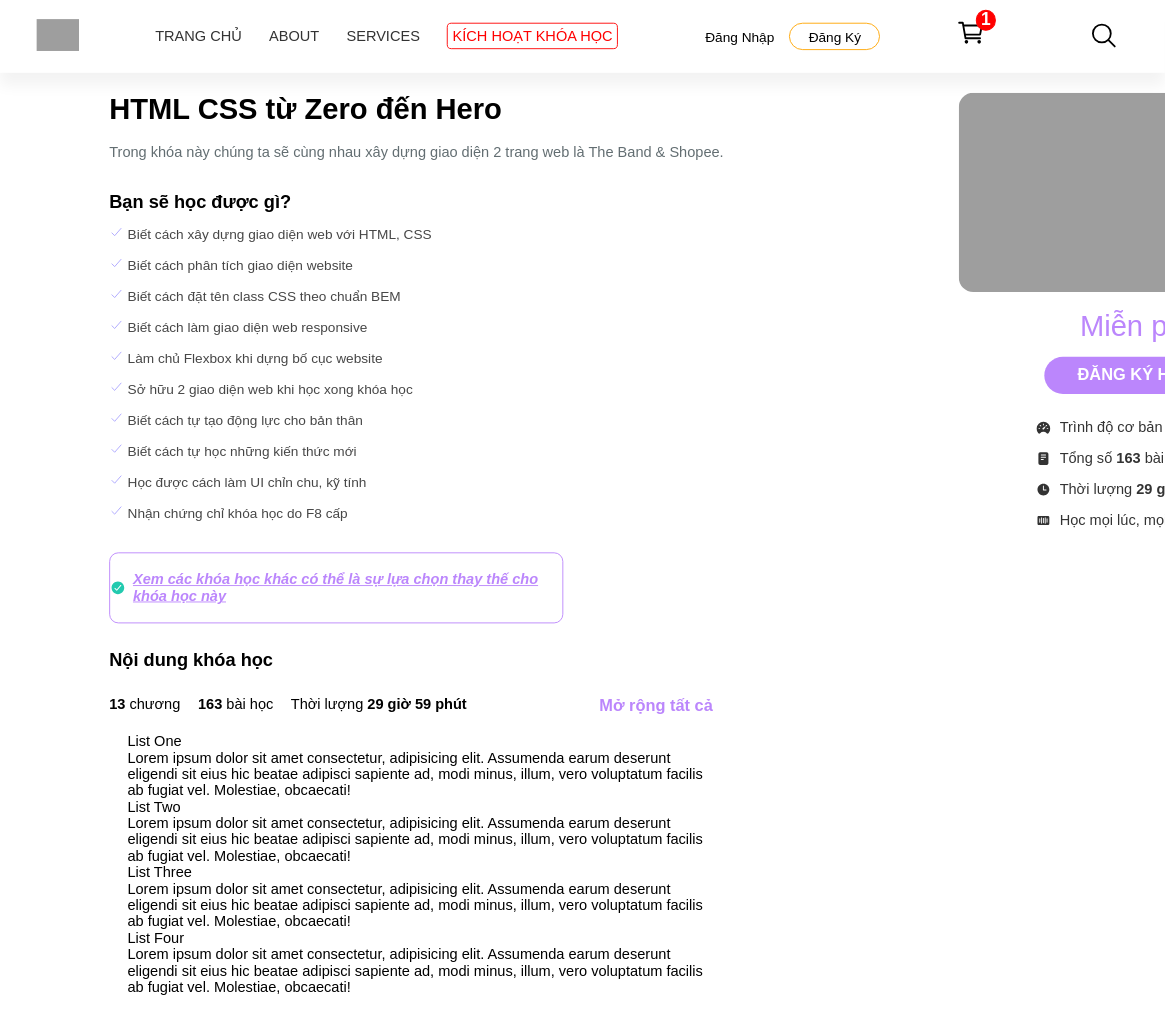
Repository: hoanghuuphuc/hoanghuuphuc
Page: details.html
These files come from the project's save history. The page is drawn as it stood at one moment and after the next save; the edit follows.
The browser window is 1280 px wide. The pictures show the whole page, at 91% of full size.
Pictures or frames that could not be fetched are drawn as grey boxes.

Above is the page before, as saved 2022-12-12 00:16:15.
Console error: TypeError: Cannot read properties of null (reading 'addEventListener')

### details.html
<!DOCTYPE html>
<html lang="en">
  <head>
    <meta charset="UTF-8" />
    <meta http-equiv="X-UA-Compatible" content="IE=edge" />
    <meta name="viewport" content="width=device-width, initial-scale=1.0" />
    <title>Product-Details</title>
    <link rel="stylesheet" href="./style.css" />
    <link rel="stylesheet" href="./rps_mobile.css" />
    <link rel="preconnect" href="https://fonts.gstatic.com" />
  </head>
  <body>
    <header>
      <div class="logo">
        <a href="">
          <img id="img" src="./Img/logene.jfif" alt="" />
        </a>
      </div>
      <div class="group">
        <ul class="navigation">
          <li><a href="">Trang Chủ</a></li>
          <li><a href="">About</a></li>
          <li><a href="">Services</a></li>
          <li><a id="active" href="">Kích Hoạt Khóa Học</a></li>
        </ul>
      </div>
      <div class="User">
        <div class="but">
          <button>Đăng Nhập</button>
          <button>Đăng Ký</button>
        </div>
      </div>
      <div class="icons">
        <ion-icon name="cart-outline"></ion-icon>
        <span>1</span>
      </div>
      <div class="search">
        <span class="icon">
          <ion-icon name="search-outline" class="searchBtn"></ion-icon>
          <ion-icon name="close-outline" class="closeBtn"></ion-icon>
        </span>
      </div>
      <ion-icon name="menu-outline" class="menuToggle"></ion-icon>
      <div class="searchBox">
        <input type="text" placeholder="Search here . . ." />
      </div>
    </header>
    <div class="details-section">
      <div class="details-left">
        <div class="details-left-name">
          <h1>HTML CSS từ Zero đến Hero</h1>
          <span
            >Trong khóa này chúng ta sẽ cùng nhau xây dựng giao diện 2 trang web
            là The Band & Shopee.</span
          >
        </div>
        <span class="bonus">Bạn sẽ học được gì?</span>
        <div class="details-left-content">
          <ul>
            <li>
              <ion-icon name="checkmark-outline"></ion-icon>
              Biết cách xây dựng giao diện web với HTML, CSS
            </li>
            <li>
              <ion-icon name="checkmark-outline"></ion-icon>
              Biết cách phân tích giao diện website
            </li>
            <li>
              <ion-icon name="checkmark-outline"></ion-icon>
              Biết cách đặt tên class CSS theo chuẩn BEM
            </li>
            <li>
              <ion-icon name="checkmark-outline"></ion-icon>
              Biết cách làm giao diện web responsive
            </li>
            <li>
              <ion-icon name="checkmark-outline"></ion-icon>
              Làm chủ Flexbox khi dựng bố cục website
            </li>
          </ul>
          <ul>
            <li>
              <ion-icon name="checkmark-outline"></ion-icon>
              Sở hữu 2 giao diện web khi học xong khóa học
            </li>
            <li>
              <ion-icon name="checkmark-outline"></ion-icon>
              Biết cách tự tạo động lực cho bản thân
            </li>
            <li>
              <ion-icon name="checkmark-outline"></ion-icon>
              Biết cách tự học những kiến thức mới
            </li>
            <li>
              <ion-icon name="checkmark-outline"></ion-icon>
              Học được cách làm UI chỉn chu, kỹ tính
            </li>
            <li>
              <ion-icon name="checkmark-outline"></ion-icon>
              Nhận chứng chỉ khóa học do F8 cấp
            </li>
          </ul>
        </div>
        <div class="details-left-tag">
          <ion-icon name="checkmark-circle"></ion-icon>
          <a href="#">
            Xem các khóa học khác có thể là sự lựa chọn thay thế cho khóa học
            này
          </a>
        </div>
        <span class="cont">Nội dung khóa học</span>
        <div class="details-left-content-2">
          <div class="details-left-content-header1">
            <span class="sp"><strong>13</strong> chương</span>
            <span class="sp"><strong>163</strong> bài học</span>
            <span class="sp">Thời lượng <strong>29 giờ 59 phút</strong></span>
          </div>
          <div class="details-left-content-header2">
            <span>Mở rộng tất cả</span>
          </div>
        </div>
        <div class="accordion">
          <div class="contentBx">
            <div class="accordion-label">List One</div>
            <div class="accordion-content">
              <p>
                Lorem ipsum dolor sit amet consectetur, adipisicing elit.
                Assumenda earum deserunt eligendi sit eius hic beatae adipisci
                sapiente ad, modi minus, illum, vero voluptatum facilis ab
                fugiat vel. Molestiae, obcaecati!
              </p>
            </div>
          </div>
          <div class="contentBx">
            <div class="accordion-label">List Two</div>
            <div class="accordion-content">
              <p>
                Lorem ipsum dolor sit amet consectetur, adipisicing elit.
                Assumenda earum deserunt eligendi sit eius hic beatae adipisci
                sapiente ad, modi minus, illum, vero voluptatum facilis ab
                fugiat vel. Molestiae, obcaecati!
              </p>
            </div>
          </div>
          <div class="contentBx">
            <div class="accordion-label">List Three</div>
            <div class="accordion-content">
              <p>
                Lorem ipsum dolor sit amet consectetur, adipisicing elit.
                Assumenda earum deserunt eligendi sit eius hic beatae adipisci
                sapiente ad, modi minus, illum, vero voluptatum facilis ab
                fugiat vel. Molestiae, obcaecati!
              </p>
            </div>
          </div>
          <div class="contentBx">
            <div class="accordion-label">List Four</div>
            <div class="accordion-content">
              <p>
                Lorem ipsum dolor sit amet consectetur, adipisicing elit.
                Assumenda earum deserunt eligendi sit eius hic beatae adipisci
                sapiente ad, modi minus, illum, vero voluptatum facilis ab
                fugiat vel. Molestiae, obcaecati!
              </p>
            </div>
          </div>
        </div>
      </div>
      <div class="details-right">
        <div class="details-right-video">
          <iframe
            width="389"
            height="219"
            src="https://www.youtube.com/embed/YTDHcEJs684"
            title="YouTube video player"
            frameborder="0"
            allow="accelerometer; autoplay; clipboard-write; encrypted-media; gyroscope; picture-in-picture"
            allowfullscreen></iframe>
        </div>
        <div class="details-right-content1">
          <span>Miễn phí</span>
          <button>ĐĂNG KÝ HỌC</button>
        </div>
        <div class="details-right-content2">
          <ul>
            <li>
              <ion-icon name="speedometer"></ion-icon
              ><span>Trình độ cơ bản</span>
            </li>
            <li>
              <ion-icon name="reader"></ion-icon>
              <span>Tổng số <strong>163</strong> bài học</span>
            </li>
            <li>
              <ion-icon name="time"></ion-icon>
              <span>Thời lượng <strong>29 giờ 59 phút</strong> </span>
            </li>
            <li>
              <ion-icon name="barcode"></ion-icon
              ><span> Học mọi lúc, mọi nơi </span>
            </li>
          </ul>
        </div>
      </div>
    </div>

    <script src="./app.js"></script>
    <script
      type="module"
      src="https://unpkg.com/ionicons@5.5.2/dist/ionicons/ionicons.esm.js"></script>
    <script
      nomodule
      src="https://unpkg.com/ionicons@5.5.2/dist/ionicons/ionicons.js"></script>
  </body>
</html>

### style.css
* {
  margin: 0;
  padding: 0;
  box-sizing: border-box;
  font-family: "Poppins", sans-serif;
}
body {
  min-height: 100vh;
  overflow-x: hidden;
}
header {
  position: absolute;
  position: fixed;
  z-index: 100;
  top: 0;
  left: 0;
  width: 100%;
  height: 80px;
  background: #fff;
  padding: 20px 40px;
  display: flex;
  justify-content: space-between;
  align-items: center;
  box-shadow: 0px 15px 15px rgba(0, 0, 0, 0.05);
}
.logo img {
  height: 35px;
}
.group {
  display: flex;
  align-items: center;
}
header ul {
  position: relative;
  display: flex;
  gap: 30px;
}
header ul li {
  list-style: none;
}
header ul li a {
  position: relative;
  text-decoration: none;
  font-size: 1em;
  color: #333;
  text-transform: uppercase;
}
header ul li #active {
  border: 1px solid red;
  padding: 5px;
  color: red;
  border-radius: 5px;
}
header ul li a::before {
  content: "";
  position: absolute;
  bottom: -2px;
  width: 100%;
  height: 2px;
  background: #333;
  transform: scaleX(0);
  transition: transform 0.5s ease-in-out;
  transform-origin: right;
}
header ul li a:hover {
  opacity: 0.5;
}
header .User {
  display: flex;
  align-items: center;
}
header .User .but button:nth-child(1) {
  color: #000;
  font-size: 15px;
  height: 30px;
  width: 100px;
  outline: none;
  border: none;
  background: #fff;
}
header .User .but button:nth-child(2) {
  color: #000;
  font-size: 15px;
  height: 30px;
  width: 100px;
  border: 1px solid orange;
  background: #fff;
  border-radius: 15px;
}
header .User .but button:hover {
  opacity: 0.5;
}
header .icons {
  font-size: 2em;
  position: relative;
}
header .icons span {
  position: absolute;
  top: 0%;
  right: 0%;
  line-height: 5%;
  margin-bottom: 50px;
  font-size: 60%;
  color: #fff;
  border: 1px solid red;
  background: red;
  padding: 10px 5px 10px 5px;
  text-align: center;
  font-family: Arial, Helvetica, sans-serif;
  transform: translateX(50%) translateY(-40%);
  border-radius: 100%;
  font-weight: bold;
}
header .search {
  position: relative;
  display: flex;
  justify-content: center;
  align-items: center;
  font-size: 2em;
  z-index: 10;
  cursor: pointer;
}
.searchBox {
  position: absolute;
  right: -100%;
  width: 100%;
  height: 100%;
  display: flex;
  background: #fff;
  align-items: center;
  padding: 0 30px;
  transition: 0.5s ease-in-out;
}
.searchBox.active {
  right: 0;
}
.searchBox input {
  width: 100%;
  border: none;
  outline: none;
  height: 50px;
  color: #333;
  font-size: 1.25em;
  background: #fff;
  border-bottom: 1px solid rgba(0, 0, 0, 0.5);
}
.searchBtn {
  position: relative;
  left: 30px;
  top: 2.5px;
  transition: 0.5s ease-in-out;
}
.searchBtn.active {
  left: 0;
}
.closeBtn {
  opacity: 0;
  visibility: hidden;
  transition: 0.5s;
  scale: 0;
}
.closeBtn.active {
  opacity: 1;
  visibility: visible;
  transition: 0.5s;
  scale: 1;
}
.menuToggle {
  position: relative;
  display: none;
  left: 0;
}
.banner img {
  background-repeat: no-repeat;
  background-size: cover;
  margin-top: 4%;
}
.content {
  display: flex;
  flex-direction: row;
  margin-top: 50px;
  user-select: none;
  justify-content: center;
}
.content .content-1 {
  background-color: black;
  height: 2px;
  width: 200px;
}
.content .content-2 {
  font-size: 30px;
  font-family: "Segoe UI", Tahoma, Geneva, Verdana, sans-serif;
  font-weight: 600;
  padding: 10px;
  margin-top: -32px;
}
.content .content-3 {
  background-color: black;
  height: 2px;
  width: 200px;
}
.boxs {
  display: flex;
  justify-content: center;
  flex-wrap: wrap;
}
.box {
  margin-top: 10px;
  padding: 20px;
  margin: 10px;
  background: #f0f0f0;
  border-radius: 15px;
}
.box-image img {
  height: 250px;
  border-radius: 5%;
}
.box-content .box-name {
  display: flex;
  justify-content: center;
  align-items: center;
  padding: 10px;
}
.box-content .box-name span {
  font-weight: 700;
  margin-right: 5px;
  font-size: 20px;
  font-family: "Segoe UI", Tahoma, Geneva, Verdana, sans-serif;
  overflow: hidden;
  text-overflow: ellipsis;
  white-space: nowrap;
  width: 200px;
  text-align: center;
}
.box-content .box-price {
  display: flex;
  flex-direction: column;
  justify-content: center;
  padding: 5px 10px 10px 10px;
}
.box-content .box-price .price {
  padding: 0px 10px 10px 10px;
}
.price {
  overflow: hidden;
  text-overflow: ellipsis;
  white-space: nowrap;
  width: 210px;
}
.box-content .box-price .price span {
  font-size: 18px;
  font-weight: 500;
}
.box-content .box-price .price a {
  font-weight: 600;
}
.sale {
  overflow: hidden;
  text-overflow: ellipsis;
  white-space: nowrap;
  width: 210px;
}
.box-content .box-price .sale {
  padding: 0px 10px 0px 10px;
}
.box-content .box-price .sale span {
  font-size: 18px;
}
.box-content .box-price .sale a {
  font-size: 18px;
  color: red;
  font-weight: bold;
  text-decoration: none;
}
.box-btn {
  display: flex;
  justify-content: space-between;
  align-items: center;
  border-top: 1px solid #c0c0c0;
}
.box-btn button {
  padding: 5px 20px;
  font-size: 16px;
  font-weight: 500;
  font-family: "Lucida Sans", "Lucida Sans Regular", "Lucida Grande",
    "Lucida Sans Unicode", Geneva, Verdana, sans-serif;
  color: orangered;
  border: 1px solid orangered;
  border-radius: 5px;
  margin-top: 15px;
}
.box-btn button:hover {
  opacity: 0.5;
}
.box-btn ion-icon {
  font-size: 25px;
  font-weight: 500;
  color: orangered;
  margin-top: 15px;
  font-weight: 300;
}
.box-btn ion-icon:hover {
  opacity: 0.5;
}
.title {
  padding: 20px 0px 20px 150px;
}
.title span {
  font-size: 18px;
}
.tabs {
  display: flex;
  justify-content: flex-start;
  padding: 10px 150px 0px 150px;
  flex-wrap: wrap;
}
.tabs .tab-item {
  margin: 0px 0px 0px 5px;
}
.tabs .line {
  position: absolute;
  left: 0;
  bottom: 0;
  width: 0;
  height: 6px;
  border-radius: 15px;
  transition: all 0.2s ease;
}
.tab-item {
  min-width: 80px;
  padding: 5px 10px;
  font-size: 20px;
  text-align: center;
  color: #181821;
  background-color: #dee1e2;
  border-top-left-radius: 5px;
  border-top-right-radius: 5px;
  border-bottom: 5px solid transparent;
  opacity: 0.6;
  cursor: pointer;
  transition: all 0.5s ease;
  display: flex;
  justify-content: center;
  align-items: center;
  border-bottom: 2px solid #000;
}
.tab-icon {
  font-size: 24px;
  position: relative;
}
.tab-item:hover {
  opacity: 1;
  background-color: rgba(194, 53, 100, 0.05);
  border-color: rgba(194, 53, 100, 0.1);
}
.tab-item.active {
  opacity: 1;
  color: #ff4500;
  font-weight: 500;
  border-bottom: 2px solid #ff4500;
}
.tab-content {
  padding: 28px 0px 0px 150px;
}
.tab-pane {
  color: #333;
  display: none;
}
.tab-pane.active {
  display: block;
}
.tab-pane h2 {
  font-size: 24px;
  margin-bottom: 8px;
}
.boxeds {
  display: flex;
  flex-wrap: wrap;
}
.boxed {
  margin-top: 10px;
  padding: 20px;
  margin: 20px 20px 10px 0px;
  background: #f0f0f0;
  border-radius: 15px;
}
.boxed-image img {
  height: 250px;
  width: auto;
  border-radius: 10px;
  overflow: hidden;
  object-fit: cover;
}
.boxed-content .boxed-content-name {
  display: flex;
  justify-content: center;
  align-items: center;
  padding: 10px;
}
.boxed-content-name span {
  font-weight: 600;
  margin-right: 5px;
  font-size: 20px;
  font-family: "Segoe UI", Tahoma, Geneva, Verdana, sans-serif;
  overflow: hidden;
  text-overflow: ellipsis;
  white-space: nowrap;
  width: 200px;
  text-align: center;
  font-weight: 700;
}
.boxed-content-price {
  padding: 5px 10px 10px 10px;
}
.boxed-content-price1 span {
  font-size: 18px;
  font-weight: 500;
}
.boxed-content-price1 a {
  font-weight: 600;
}
.boxed-content-sale {
  padding: 10px 10px 10px 0px;
}
.boxed-content-sale span {
  font-size: 18px;
  font-weight: 500;
}
.boxed-content-sale a {
  font-weight: 600;
  color: red;
}
.boxed-content-btn {
  display: flex;
  justify-content: space-between;
  align-items: center;
  border-top: 1px solid #c0c0c0;
}
.boxed-content-btn button {
  padding: 5px 20px;
  font-size: 16px;
  font-weight: 500;
  font-family: "Lucida Sans", "Lucida Sans Regular", "Lucida Grande",
    "Lucida Sans Unicode", Geneva, Verdana, sans-serif;
  color: orangered;
  border: 1px solid orangered;
  border-radius: 5px;
  margin-top: 15px;
}
.boxed-content-btn button:hover {
  opacity: 0.5;
}
.boxed-content-btn ion-icon {
  font-size: 25px;
  font-weight: 500;
  color: orangered;
  margin-top: 15px;
  font-weight: 300;
}
.boxed-content-btn ion-icon:hover {
  opacity: 0.5;
}
footer {
  background: #181821;
  display: flex;
  justify-content: space-around;
  padding: 100px;
}
.footer-one a {
  font-size: 25px;
  padding: 5px;
  color: #fff;
  font-weight: 600;
}
.footer-one ul li {
  color: #a9b3bb;
  list-style: none;
  padding: 5px;
  font-size: 16px;
}
.footer-one span {
  font-style: italic;
}
.footer-two span {
  font-size: 25px;
  padding: 5px;
  color: #fff;
  font-weight: 600;
}
.footer-two ul li {
  color: #a9b3bb;
  list-style: none;
  padding: 5px;
  font-size: 16px;
}
.footer-three span {
  font-size: 25px;
  padding: 5px;
  color: #fff;
  font-weight: 600;
}
.footer-three ul li {
  color: #a9b3bb;
  list-style: none;
  padding: 5px;
  font-size: 16px;
}
.footers {
  display: flex;
  justify-content: space-around;
  background: #181821;
  padding: 10px;
  border-top: 2px solid #333;
  align-items: center;
}
.footers-text {
  color: #a9b3bb;
  font-size: 16px;
}
.footers-media img {
  width: auto;
  height: 40px;
  object-fit: cover;
  padding: 5px;
}
/* Css của form login */
.container {
  display: flex;
  justify-content: center;
  flex-direction: column;
  align-items: center;
  min-height: 100vh;
}
.form-login {
  border: 1px solid #999;
  padding: 50px 50px 30px 50px;
  width: 400px;
}
.form-login-input {
  margin: 15px 0;
}
.form-login-image {
  display: flex;
  justify-content: center;
  margin-bottom: 50px;
}
.form-input {
  border: 1px solid #999;
  border-radius: 4px;
  width: 100%;
  height: 50px;
  padding: 0 20px;
  transition: 0.25s ease;
  outline: none;
}
.form-input:focus {
  border-color: #ff4500;
}
.form-login-input {
  position: relative;
}
.form-label {
  position: absolute;
  top: 50%;
  transform: translateY(-50%);
  left: 21px;
  user-select: none;
  color: #999;
  pointer-events: none;
  transition: 0.25s ease;
}
.form-input:not(:placeholder-shown) + .form-label,
.form-input:focus + .form-label {
  top: 0;
  left: 11px;
  padding: 0 10px;
  display: inline-block;
  background-color: #fff;
  color: #ff4500;
  font-weight: 500;
  font-size: 14px;
}
.form-login-input .fa-regular {
  position: absolute;
  left: 90%;
  top: 18px;
  cursor: pointer;
}
.form-login-input .hidden {
  display: none;
}
.remember {
  display: flex;
  align-items: center;
}
.remember span {
  color: #999;
  margin-left: 10px;
}
.btn-login button {
  margin-top: 10px;
  width: 100%;
  padding: 8px;
  font-weight: 600;
  font-style: 20px;
  transition: 0.25s ease;
  font-family: "Segoe UI", Tahoma, Geneva, Verdana, sans-serif;
}
.btn-login button:hover {
  opacity: 0.5;
}
.or {
  display: flex;
  flex-direction: row;
  margin-top: 20px;
  user-select: none;
  justify-content: center;
}
.or-left {
  background-color: #999;
  height: 1px;
  width: 45%;
}
.or-center {
  font-family: "Segoe UI", Tahoma, Geneva, Verdana, sans-serif;
  font-weight: 600;
  padding: 10px;
  margin-top: -22px;
  color: #999;
}
.or-right {
  background-color: #999;
  height: 1px;
  width: 45%;
}
.forgot {
  padding-top: 20px;
  display: flex;
  justify-content: flex-end;
}
.forgot a {
  text-decoration: none;
  font-weight: 500;
  color: rgb(0, 149, 246);
}
.logins {
  display: grid;
  grid-template-columns: 1fr 3fr;
  align-items: center;
  padding: 0 10px;
}
.logins a {
  text-decoration: none;
}
.logins span {
  color: #333;
  padding-left: 10%;
  font-weight: 600;
  font-family: "Segoe UI", Tahoma, Geneva, Verdana, sans-serif;
}
.logins img {
  height: 30px;
  margin-left: 10px;
  transform: translateX(100%);
}
.login-facebook {
  margin-bottom: 10px;
}
.form-login-2 {
  border: 1px solid #999;
  padding: 20px 60px;
  margin-top: 10px;
}
.form-login-2 span a {
  text-decoration: none;
  font-weight: 600;
  color: rgb(0, 149, 246);
  font-family: "Segoe UI", Tahoma, Geneva, Verdana, sans-serif;
}
/* Css của trang chi tiết */
.details-section {
  margin-top: 8%;
  display: grid;
  grid-template-columns: 2fr 1fr;
  padding: 0 120px;
}
.details-left-name {
  margin-bottom: 20px;
}
.details-left-name h1 {
  margin-bottom: 20px;
}
.details-left-name span {
  font-weight: 300;
  color: #636e72;
}
.details-section .bonus {
  font-weight: 600;
  font-size: 20px;
  line-height: 50px;
}
.details-left-content {
  display: flex;
  flex-wrap: wrap;
  justify-content: flex-start;
  align-items: center;
}
.details-left-content ul li {
  list-style: none;
  margin-bottom: 15px;
  padding-left: 0;
  margin-right: 30px;
  font-size: 15px;
  color: #333;
  font-weight: 300;
  opacity: 0.9;
}
.details-left-content ul li ion-icon {
  color: #a29bfe;
  font-weight: bold;
  font-size: 16px;
}
.details-left-tag {
  margin-top: 20px;
  display: flex;
  align-items: center;
  justify-content: center;
  border: 1px solid #bb86fc;
  width: 72%;
  padding: 20px 0px;
  border-radius: 10px;
}
.details-left-tag ion-icon {
  margin-right: 8px;
  color: #22caaf;
  font-size: 20px;
}
.details-left-tag a {
  font-weight: 600;
  font-style: italic;
  color: #bb86fc;
  text-decoration: none;
  text-decoration-line: underline;
}
.cont {
  font-weight: 600;
  font-size: 20px;
  line-height: 80px;
}
.details-left-content-2 {
  display: flex;
  justify-content: space-between;
  padding: 0px 30px 0px 0px;
}
.details-left-content-header1 span {
  padding: 0 15px 0px 0px;
}
.details-left-content-header2 span {
  font-weight: 600;
  color: #bb86fc;
  font-size: 18px;
}
.accordion {
  width: 100%;
  padding: 20px;
}
.contentBx {
}
.accordion-label {
}
.accordion-content {
}
/* Css right */
.details-right {
  display: flex;
  flex-direction: column;
  align-items: center;
  position: fixed;
  transform: translateX(240%);
}
.details-right-video iframe {
  border-radius: 16px;
}
.details-right-content1 {
  display: flex;
  flex-direction: column;
  align-items: center;
}
.details-right-content1 span {
  margin: 15px;
  font-size: 32px;
  user-select: none;
  color: #bb86fc !important;
}
.details-right-content1 button {
  font-size: 1rem;
  padding: 10px 36px;
  border-radius: 999px !important;
  border: none;
  background: #bb86fc !important;
  color: #fff;
  font-size: 18px;
  font-weight: 600;
}
.details-right-content2 {
  margin-top: 20px;
  display: flex;
  align-items: center;
  justify-content: center;
  width: 100%;
}
.details-right-content2 ul li {
  width: 100%;
  list-style: none;
  padding: 8px;
  display: flex;
  align-items: center;
  opacity: 0.8;
}
.details-right-content2 ul li ion-icon {
  padding-right: 10px;
}

Loaded but not shown: app.js (68 lines, source omitted); css/rps_mobile.css (no copy from this time; the picture is the same without it)

After the next save:
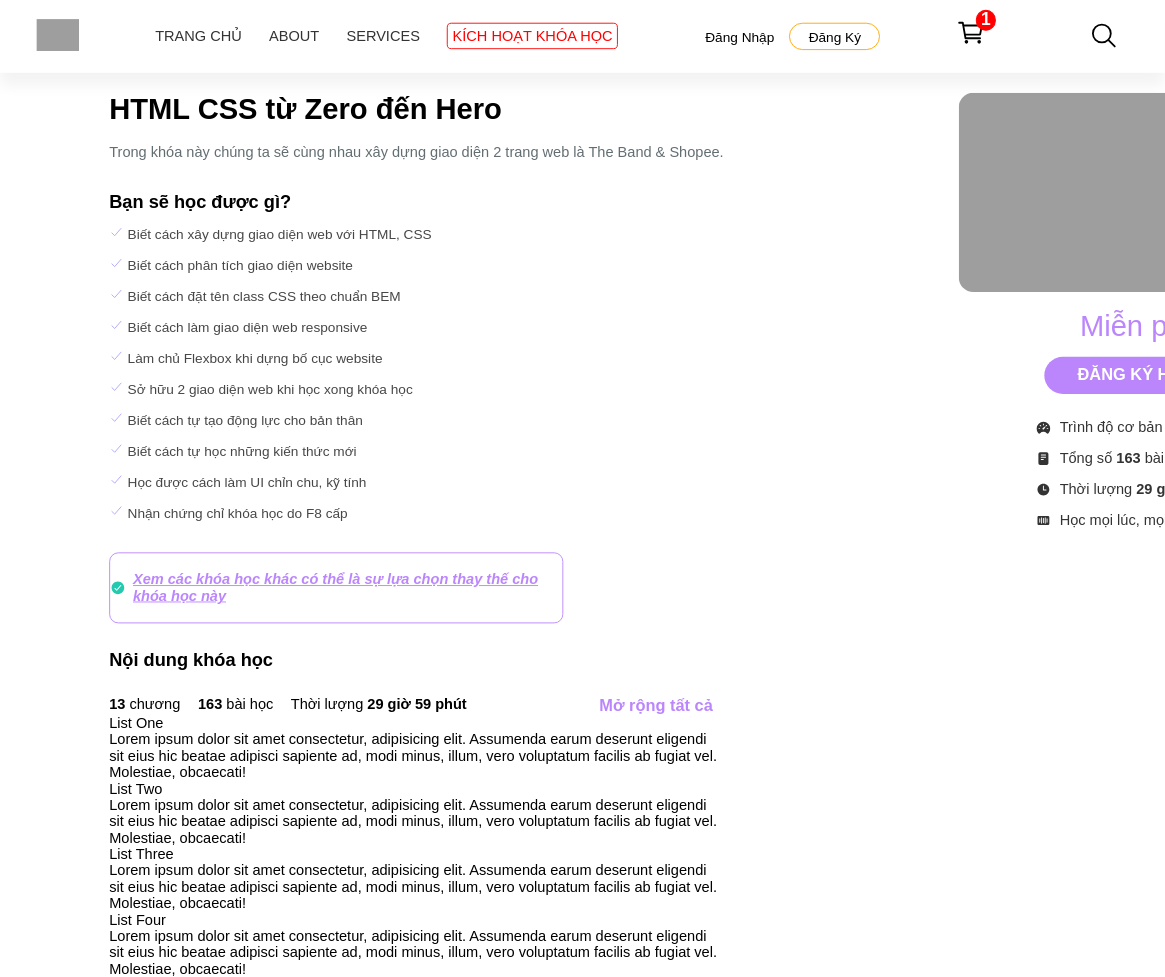
Saved 15 s later.
--- a/style.css
+++ b/style.css
@@ -762,7 +762,7 @@ footer {
 }
 .accordion {
   width: 100%;
-  padding: 20px;
+  padding: 0px 20px 0px 0px;
 }
 .contentBx {
 }
